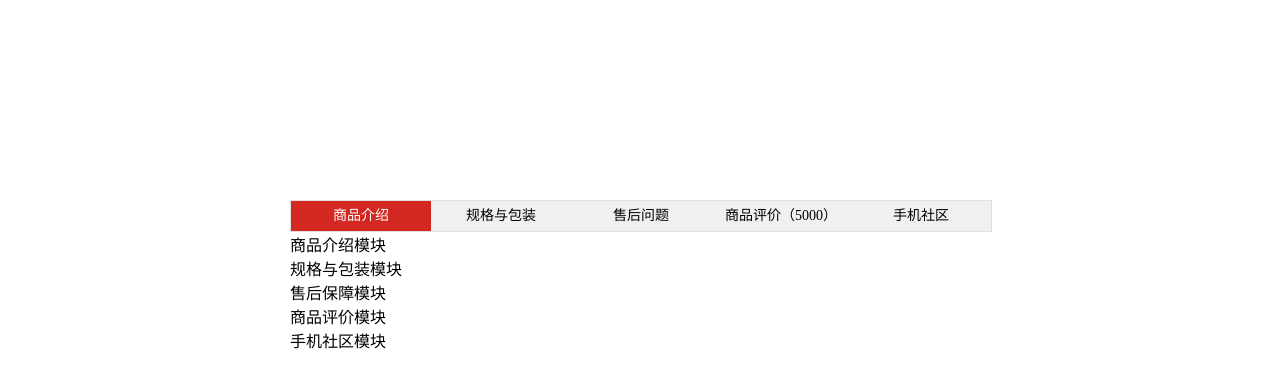
Repository: Sky0258/study
Page: js/tab案例.html
The author's editor kept a copy of each file at every save. The page is drawn from the files as they stood at one save, then again after the next save.
The browser window is 1280 px wide. The pictures show the whole page.

Above is the page before, as saved 2022-09-10 15:50:46.

### js/tab案例.html
<!DOCTYPE html>
<html lang="en">

<head>
    <meta charset="UTF-8">
    <meta http-equiv="X-UA-Compatible" content="IE=edge">
    <meta name="viewport" content="width=device-width, initial-scale=1.0">
    <title>Document</title>
</head>
<style>
    * {
        padding: 0;
        margin: 0;
    }
    .tab {
        width: 700px;
        margin: 200px auto;
        /* border: 1px solid #e0e0e0; */
    }
    ul {
        display: flex;
        width: 100%;
        background-color: #eef1ee;
        border: 1px solid #e0e0e0;
    }
    li {
        list-style: none;
        /* border: 1px solid #e0e0e0; */
        width: 20%;
        text-align: center;
        height: 30px;
        line-height: 30px;
        font-size: 14px;
        cursor: pointer;
    }
    .current {
        background: #d32822;
        color: white;
    }

</style>
<body>
    <div class="tab">
        <ul>
            <li class="current">商品介绍</li>
            <li>规格与包装</li>
            <li>售后问题</li>
            <li>商品评价（5000）</li>
            <li>手机社区</li>
        </ul>

        <div class="item">
            <div>商品介绍模块</div>
            <div>规格与包装模块</div>
            <div>售后保障模块</div>
            <div>商品评价模块</div>
            <div>手机社区模块</div>
        </div>
    </div>

</body>
<script>
    var tabLi = document.querySelectorAll('li');
    var tabDiv = document.querySelector('.item').querySelectorAll('div');

    for(var i = 0;i < tabLi.length;i++) {
        tabLi[i].setAttribute('index',i);
        tabLi[i].onclick = function() {
            for(var j = 0;j < tabLi.length;j++) {
                tabLi[j].className = '';
            }
            this.className = 'current';

            var index = this.getAttribute('index');

            for(var k = 0;k <tabDiv.length;k++) {
                tabDiv[k].style.display = 'none';
            }
            tabDiv[index].style.display = 'block';
        }
    }
</script>
</html>

After the next save:
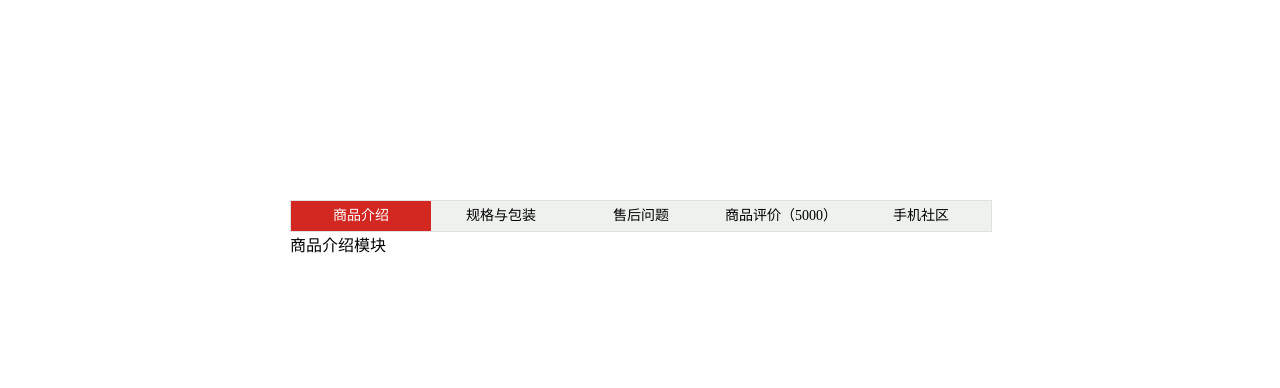
Saved 80 s later.
--- a/js/tab案例.html
+++ b/js/tab案例.html
@@ -37,7 +37,9 @@
         background: #d32822;
         color: white;
     }
-
+    .item div {
+        display: none;
+    }
 </style>
 <body>
     <div class="tab">
@@ -50,7 +52,7 @@
         </ul>
 
         <div class="item">
-            <div>商品介绍模块</div>
+            <div style="display: block;">商品介绍模块</div>
             <div>规格与包装模块</div>
             <div>售后保障模块</div>
             <div>商品评价模块</div>
